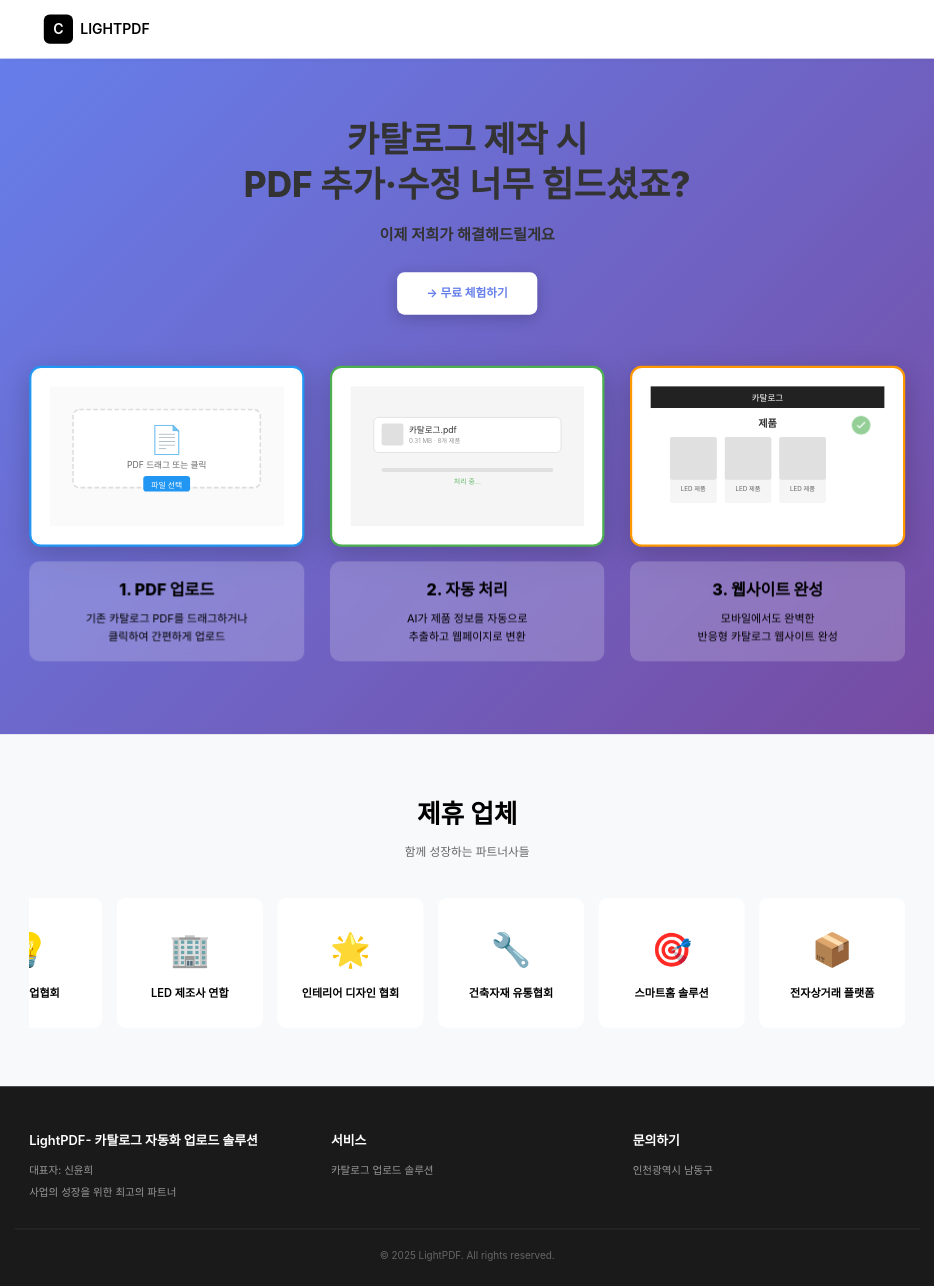
Repository: ororso11/catamaster
Page: index.html
An editor plug-in stored every save of this project. The page is shown before and after the next save, followed by the edit.
The browser window is 1280 px wide. The pictures show the whole page, at 73% of full size.

Above is the page before, as saved 2025-10-05 00:50:08.

After the next save:
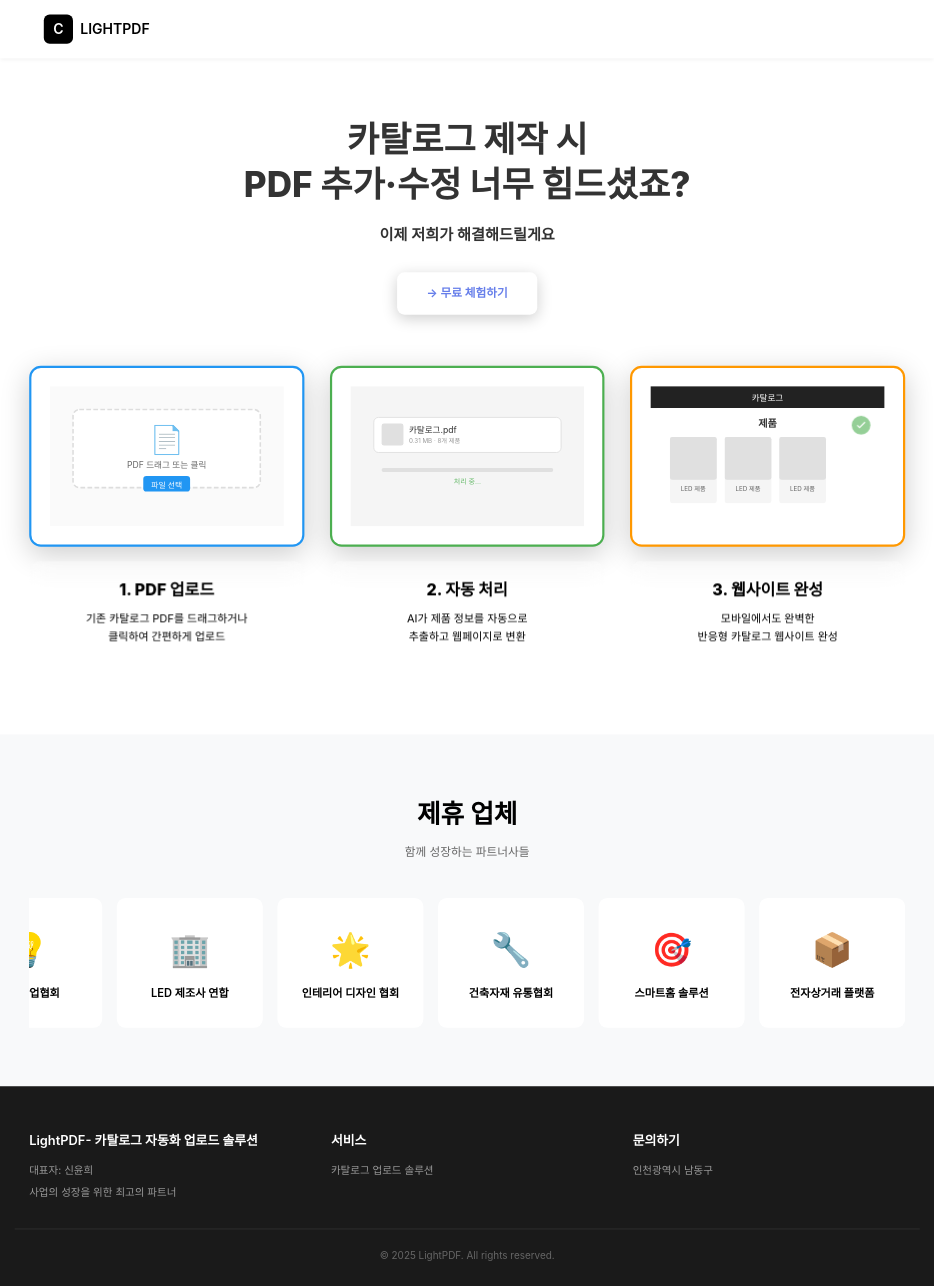
Saved 15 s later.
--- a/style.css
+++ b/style.css
@@ -53,7 +53,7 @@ header {
 
 /* Hero Section */
 .hero {
-    background: linear-gradient(135deg, #667eea 0%, #764ba2 100%);
+    /* background: linear-gradient(135deg, #667eea 0%, #764ba2 100%); */
     padding: 80px 20px 100px;
     text-align: center;
 }
